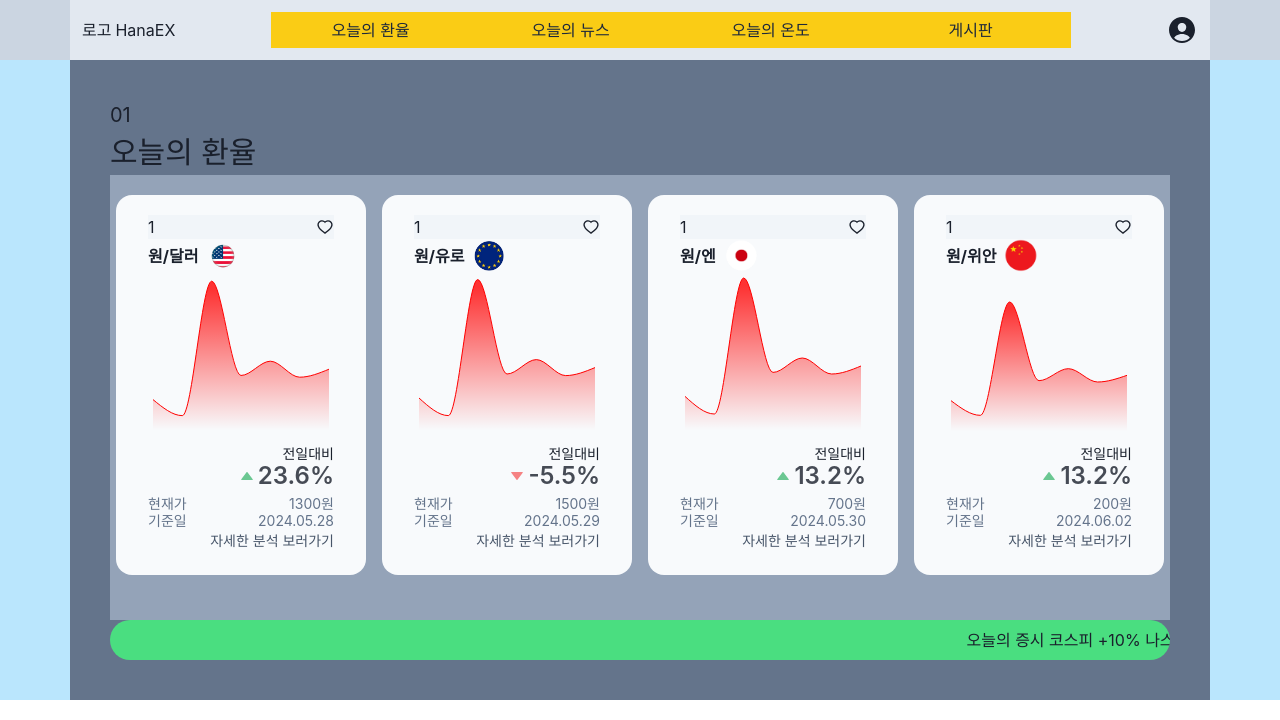
Repository: HANAEX/FRONT
Page: /
The author's editor kept a copy of each file at every save. The page is drawn from the files as they stood at one save, then again after the next save.
The browser window is 1280 px wide. The pictures show the whole page.
The project was rebuilt for these pictures with package versions that can differ from the ones it lists, and the page was loaded fresh each time. Also part of the build but not shown: src/pages/LoginPage.js, src/pages/MyPage.js, src/components/Toggle.js, src/components/SementicCard.js, src/pages/SemanticPage.js, src/components/NewsCard.js, src/pages/NewsPage.js, src/components/CloudChart.js and 6 more.

Above is the page before, as saved 2024-08-13 19:45:46.

### src/App.js
import { BrowserRouter, Route, Routes } from 'react-router-dom';
import { ChakraProvider } from '@chakra-ui/react'
import MainPage from './pages/MainPage';
import LoginPage from './pages/LoginPage';
import MyPage from './pages/MyPage';
import SemanticPage from './pages/SemanticPage';
import NewsPage from './pages/NewsPage';
import BoardPage from './pages/BoardPage';
import AppOut from './AppOut';
import MainPageDetail from './pages/MainPageDetail';
import SemanticPageDetail from './pages/SemanticPageDetail';

function App() {
  return (
    <ChakraProvider>
    <BrowserRouter>
    <Routes>
      <Route path='/' element={<AppOut />}>
        <Route path='' element={<MainPage />} />
        <Route path="Login" element={<LoginPage />}/>
        <Route path="My" element={<MyPage />} />
        <Route path="Semantic" element={<SemanticPage />} />
        <Route path="News" element={<NewsPage />} />
        <Route path="Board" element={<BoardPage />} />
        <Route path="MainPageDetail" element={<MainPageDetail />} />
        <Route path="SemanticPageDetail" element={<SemanticPageDetail />} />
      </Route>
    </Routes>
    </BrowserRouter>
    </ChakraProvider>
  );
}

export default App;

### src/pages/MainPage.js
import React, {useEffect, useState} from 'react'
import { Text } from '@chakra-ui/react'
import ChartCard from '../components/ChartCard'
import FlowText from '../components/FlowText'
import { SERVER_URL } from '../data/Server_Url'
import axios from 'axios'


const MainPage = () => {
  const [consumData, setConsumData] = useState([]);
  useEffect(() => {
    const getUseHistory = async () => {
      try {
        const result = await axios.get(SERVER_URL + "data.json");
        console.log(result.data.data[1]);
        setConsumData(result.data.data);
      } catch (error) {
        console.log(error);
      }
    }
    getUseHistory();
  }, [])

  return (
    <>
    <div className='w-[1140px] h-[calc(100vh-80px)] bg-slate-500 flex flex-col py-10 px-10'>
      <Text fontSize='xl'>01</Text>
      <Text fontSize='3xl'>오늘의 환율</Text>
      <div className='w-full flex-grow bg-slate-400 py-5'>
        <div name="chart-box" className='flex justify-center gap-4'>
          {consumData.map((data, index) => (
            <ChartCard
              key={index}
              name={data.name}
              imageUrl={data.imageUrl}
              currentPrice={data.currentPrice}
              increase={data.increase}
              date={data.date}
              chartData={data.chartData}
            />
          ))}
        </div>
      </div>
      <FlowText />
    </div>
    </>
  )
}

export default MainPage

### src/AppOut.js
import React from 'react'
import { Outlet } from 'react-router'
import NavBar from './components/NavBar'

const AppOut = () => {
  return (
    <>
      <div className='w-screen flex justify-center bg-slate-300'>
        <NavBar />
      </div>
      <div className='w-screen flex justify-center bg-sky-200'>
        <Outlet />
      </div>
    </>
  )
}

export default AppOut

### src/components/ChartCard.js
import React, { useState } from 'react'
import { ResponsiveContainer, Area, Tooltip, AreaChart } from 'recharts';
import {
  Stat,
  StatLabel,
  StatNumber,
  StatHelpText,
  StatArrow,
  Box,
  Image,
  HStack,
  Text
} from '@chakra-ui/react'

import { AiOutlineHeart, AiFillHeart } from "react-icons/ai";
import { Link } from 'react-router-dom';

const ChartCard = ({ name, increase, imageUrl, currentPrice, date, chartData }) => {
  const [heart, setHeart] = useState(false);
  const handleHeart = () => {
    setHeart(!heart)
  }
  return (
    <div to={"/MainPageDetail"} name="card-container" className='w-[250px] h-[380px] px-8 py-5 bg-slate-50 rounded-2xl'>
      {/* card 상단 */}
      <div name="card-top" className='bg-slate-100 py-0 flex justify-between items-center'>
        <Text>1</Text>
        <div onClick={handleHeart}>
        {heart ? <AiFillHeart className='text-lg text-red-700'/> : <AiOutlineHeart className='text-lg' />}
        </div>
      </div>

      {/* card 원달러 이미지 */}
      <HStack>
        <Text as={'b'} fontSize='1xl'>
          {name}
          {/* 원/달러 */}
        </Text>
        <Box className='w-[34px] h-[34px]'>
          <Image src={imageUrl} alt='Dan Abramov' />
        </Box>
      </HStack>

      {/* card 차트 */}
      <ResponsiveContainer width="100%" height="50%">
        <AreaChart width={300} height={100} data={chartData}>
          <defs>
            <linearGradient id="colorPv" x1="0" y1="0" x2="0" y2="1">
              <stop offset="5%" stopColor="#FF0000" stopOpacity={0.8}/>
              <stop offset="95%" stopColor="#FF0000" stopOpacity={0}/>
            </linearGradient>
          </defs>
          <Tooltip />
          <Area type="monotone" dataKey="pv" stroke="#FF0000" fillOpacity={2} fill="url(#colorPv)" />
        </AreaChart>
      </ResponsiveContainer>

      <div name="card-foot" className='flex justify-end'>
          <Stat>
            <StatLabel className='flex justify-end'>전일대비</StatLabel>
            <StatHelpText lineHeight={1} className='flex justify-end items-center'>
              <StatArrow type={increase >= 0 ? 'increase' : 'decrease'} />
              <StatNumber>{ increase + "%"}</StatNumber>
            </StatHelpText>
      </Stat>
      </div>
      <div className='flex justify-between'>
        <Text fontSize='sm' lineHeight={1.2} className='text-slate-500'>현재가</Text>
        <Text fontSize='sm' lineHeight={1.2} className='text-slate-500'>
          { currentPrice + "원" }
        </Text>
      </div>
      <div className=' flex justify-between'>
        <Text fontSize='sm' lineHeight={1.2} className='text-slate-500'>기준일</Text>
        <Text fontSize='sm' lineHeight={1.2} className='text-slate-500'>{date}</Text>
      </div>
      <Text fontSize={'sm'} className='flex justify-end text-slate-600'>자세한 분석 보러가기</Text>
    </div>
  )
}



export default ChartCard

### src/components/FlowText.js
import React from 'react'
import styled, {keyframes}from "styled-components";


const FlowText= () => {
  return (
    <div className='rounded-full h-10 bg-green-400 overflow-hidden flex items-center'>
    <TextFlow className='w-full'>
      오늘의 증시 코스피 +10% 나스닥 -10%
    </TextFlow>
    </div>
  )
}

export default FlowText

const TextFlowAni = keyframes`
  0% {
    transform: translateX(100%);
  }
  100% {
    transform: translateX(-100%);
  }
`
const TextFlow = styled.div`
  white-space: nowrap;
  overflow: hidden;
  animation: ${TextFlowAni} 5s linear infinite;
`

### src/data/Server_Url.js
export const SERVER_URL = '/';

### src/css/style.css
#app {
  height: 100%;
}
html,
body {
  position: relative;
  height: 100%;
}
.swiper {
  width: 100%;
  height: 100%;
  margin-top: 20px;
}
.swiper-slide {
  text-align: center;
  font-size: 18px;
  background: transparent;

  /* Center slide text vertically */
  display: flex;
  justify-content: center;
  /* align-items: center; */
}

### src/components/NavBar.js
import React from 'react'
import Menu from './Menu'
import { IoPersonCircle } from "react-icons/io5";
import { Link } from 'react-router-dom';

const NavBar = () => {
  return (
    <nav className='w-[1140px] h-[60px] bg-slate-200'>
      <div name="nav-container" className='w-full h-full flex items-center justify-between p-3'>
        <div name='logobox' className='flex gap-1'>
          <div name='logo'>로고</div>
          <div name='title'>HanaEX</div>
        </div>
        <div name='menus'className='h-full flex items-center bg-yellow-400'>
          <Link to={"/"}><Menu menu_name="오늘의 환율"/></Link>
          <Link to={"/News"}><Menu menu_name="오늘의 뉴스"/></Link>
          <Link to={"/Semantic"}><Menu menu_name="오늘의 온도"/></Link>
          <Link to={"/Board"}><Menu menu_name="게시판"/></Link>
        </div>
        <Link to={"/My"}>
          <IoPersonCircle className='w-8 h-8'/>
        </Link>
      </div>
    </nav>
  )
}

export default NavBar

### src/components/Menu.js
import React from 'react'

const Menu = ({menu_name}) => {
  return (
    <div className='w-[200px] h-10 text-center rounded-full text-slate-800 leading-10 hover:bg-slate-700 hover:text-slate-50 transition duration-150 ease-in-out'>
      {menu_name}
    </div>
  )
}

export default Menu

### public/data.json
{
  "isSuccess": true,
  "code": 200,
  "message": "성공입니다.",
  "data": [
    {
      "index": 1,
      "name": "원/달러",
      "imageUrl": "/image/america_flag.png",
      "currentPrice": 1300,
      "date": "2024.05.28",
      "increase": 23.6,
      "chartData": [
        { "name": "Page A", "uv": 4000, "pv": 2400, "amt": 2400 },
        { "name": "Page B", "uv": 3000, "pv": 1398, "amt": 2210 },
        { "name": "Page C", "uv": 2000, "pv": 9800, "amt": 2290 },
        { "name": "Page D", "uv": 2780, "pv": 3908, "amt": 2000 },
        { "name": "Page E", "uv": 1890, "pv": 4800, "amt": 2181 },
        { "name": "Page F", "uv": 2390, "pv": 3800, "amt": 2500 },
        { "name": "Page G", "uv": 3490, "pv": 4300, "amt": 2100 }
      ]
    },
    {
      "index": 2,
      "name": "원/유로",
      "imageUrl": "/image/eu_flag.png",
      "currentPrice": 1500,
      "date": "2024.05.29",
      "increase": -5.5,
      "chartData": [
        { "name": "Page A", "uv": 4100, "pv": 2500, "amt": 2500 },
        { "name": "Page B", "uv": 3100, "pv": 1400, "amt": 2220 },
        { "name": "Page C", "uv": 2100, "pv": 9900, "amt": 2300 },
        { "name": "Page D", "uv": 2800, "pv": 4000, "amt": 2010 },
        { "name": "Page E", "uv": 1900, "pv": 4900, "amt": 2190 },
        { "name": "Page F", "uv": 2400, "pv": 3900, "amt": 2510 },
        { "name": "Page G", "uv": 3500, "pv": 4400, "amt": 2110 }
      ]
    },
    {
      "index": 3,
      "name": "원/엔",
      "imageUrl": "/image/japan_flag.png",
      "currentPrice": 700,
      "date": "2024.05.30",
      "increase": 13.2,
      "chartData": [
        { "name": "Page A", "uv": 4200, "pv": 2600, "amt": 2600 },
        { "name": "Page B", "uv": 3200, "pv": 1500, "amt": 2230 },
        { "name": "Page C", "uv": 2200, "pv": 10000, "amt": 2310 },
        { "name": "Page D", "uv": 2900, "pv": 4100, "amt": 2020 },
        { "name": "Page E", "uv": 2000, "pv": 5000, "amt": 2200 },
        { "name": "Page F", "uv": 2500, "pv": 4000, "amt": 2520 },
        { "name": "Page G", "uv": 3600, "pv": 4500, "amt": 2120 }
      ]
    },
    {
      "index": 4,
      "name": "원/위안",
      "imageUrl": "/image/chinese_flag.png",
      "currentPrice": 200,
      "date": "2024.06.02",
      "increase": 13.2,
      "chartData": [
        { "name": "Page A", "uv": 4400, "pv": 2800, "amt": 2800 },
        { "name": "Page B", "uv": 3400, "pv": 1700, "amt": 2250 },
        { "name": "Page C", "uv": 2400, "pv": 10200, "amt": 2330 },
        { "name": "Page D", "uv": 3100, "pv": 4300, "amt": 2040 },
        { "name": "Page E", "uv": 2200, "pv": 5200, "amt": 2220 },
        { "name": "Page F", "uv": 2700, "pv": 4200, "amt": 2540 },
        { "name": "Page G", "uv": 3800, "pv": 4700, "amt": 2140 }
      ]
    }
  ]
}

Loaded but not shown: public/index.html (common file); src/index.js (common file); src/index.css (common file); src/reportWebVitals.js (common file); tailwind.config.js (common file)

After the next save:
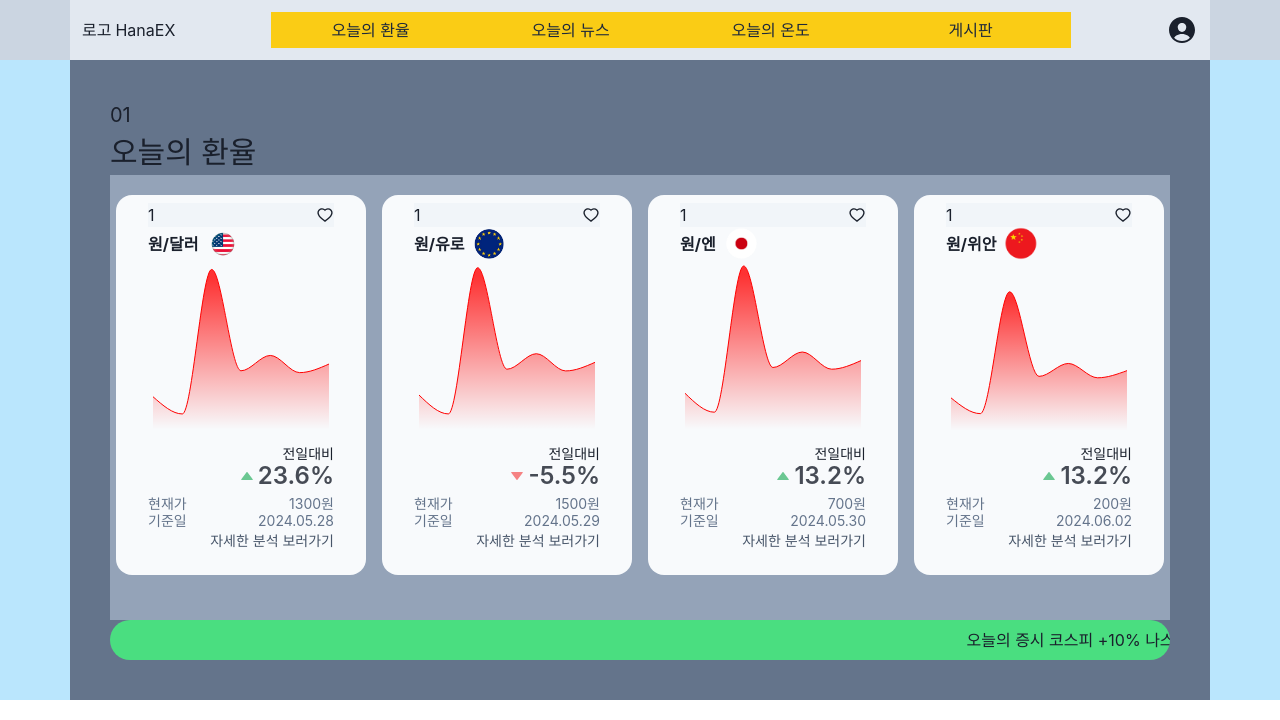
Saved 8 s later.
--- a/src/components/ChartCard.js
+++ b/src/components/ChartCard.js
@@ -21,7 +21,7 @@ const ChartCard = ({ name, increase, imageUrl, currentPrice, date, chartData })
     setHeart(!heart)
   }
   return (
-    <div to={"/MainPageDetail"} name="card-container" className='w-[250px] h-[380px] px-8 py-5 bg-slate-50 rounded-2xl'>
+    <div to={"/MainPageDetail"} name="card-container" className='w-[250px] h-[380px] px-8 py-2 bg-slate-50 rounded-2xl'>
       {/* card 상단 */}
       <div name="card-top" className='bg-slate-100 py-0 flex justify-between items-center'>
         <Text>1</Text>
